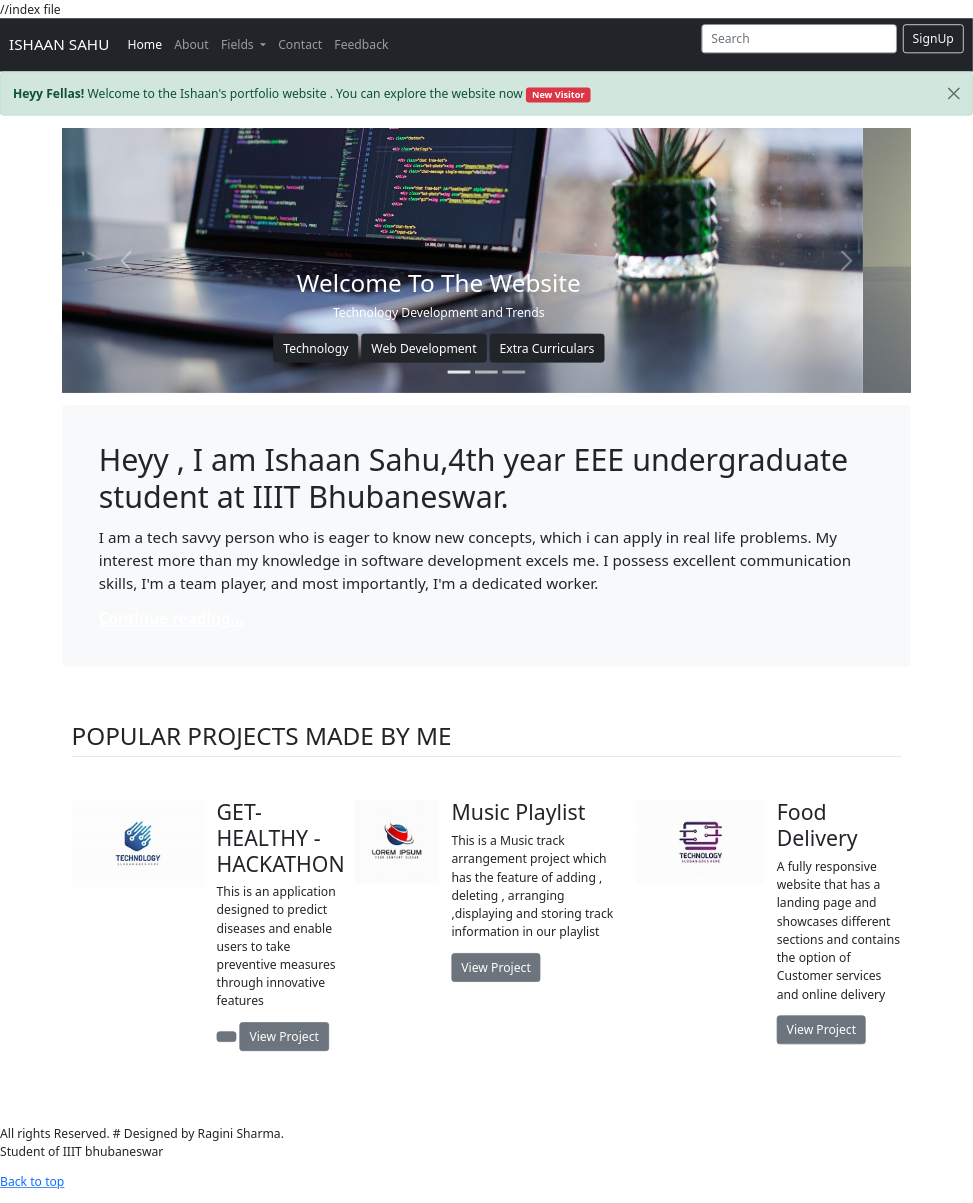
Repository: ishaan51551/Ishaan-s-Portfolio-
Page: index.html
An editor plug-in stored every save of this project. The page is shown before and after the next save, followed by the edit.
The browser window is 1280 px wide. The pictures show the whole page, at 76% of full size.

Above is the page before, as saved 2023-09-13 01:30:11.

### index.html
//index file

</body>

</html>

<!doctype html>
<html lang="en">

<head>
  <!-- Required meta tags -->
  <meta charset="utf-8">
  <meta name="viewport" content="width=device-width, initial-scale=1">

  <!-- Bootstrap CSS -->
  <link href="https://cdn.jsdelivr.net/npm/bootstrap@5.1.1/dist/css/bootstrap.min.css" rel="stylesheet"
    integrity="sha384-F3w7mX95PdgyTmZZMECAngseQB83DfGTowi0iMjiWaeVhAn4FJkqJByhZMI3AhiU" crossorigin="anonymous">

  <title>Ishaan Sahu Portfolio</title>
</head>

<body>
  <!-- FOR NAVBAR -->
  <nav class="navbar navbar-expand-lg navbar-dark bg-dark">
    <div class="container-fluid">
      <a class="navbar-brand" href="#">ISHAAN SAHU </a>
      <button class="navbar-toggler" type="button" data-bs-toggle="collapse" data-bs-target="#navbarSupportedContent"
        aria-controls="navbarSupportedContent" aria-expanded="false" aria-label="Toggle navigation">
        <span class="navbar-toggler-icon"></span>
      </button>
      <div class="collapse navbar-collapse" id="navbarSupportedContent">
        <ul class="navbar-nav me-auto mb-2 mb-lg-0">
          <li class="nav-item">
            <a class="nav-link active" aria-current="page" href="#">Home</a>
          </li>
          <li class="nav-item">
            <a class="nav-link" href="/about.html">About</a>
          </li>
          <li class="nav-item dropdown">
            <a class="nav-link dropdown-toggle" href="#" id="navbarDropdown" role="button" data-bs-toggle="dropdown"
              aria-expanded="false">
              Fields
            </a>
            <ul class="dropdown-menu" aria-labelledby="navbarDropdown">
              <li><a class="dropdown-item" href="programming.html">Programming</a></li>
              <li><a class="dropdown-item" href="webdev.html">Web Devlopment</a></li>
              <li>
                <hr class="dropdown-divider">
              </li>
              <li><a class="dropdown-item" href="extracurricular.html">Extra Curricular</a></li>
            </ul>
          </li>
          <li class="nav-item">
            <a class="nav-link " aria-current="page" href="contact.html">Contact</a>
          </li>

          <li class="nav-item">
            <a class="nav-link" href="feedback.html">Feedback</a>

          </li>

        </ul>
        <form class="d-flex">
          <input class="form-control me-2" type="search" placeholder="Search" aria-label="Search">
          <button class="btn btn-outline-light" type="submit" data-bs-toggle="modal"
            data-bs-target="#SignUpModal">SignUp</button>


        </form>
      </div>
    </div>
  </nav>





  <!-- Optional JavaScript; choose one of the two! -->

  <!-- Option 1: Bootstrap Bundle with Popper -->
  <script src="https://cdn.jsdelivr.net/npm/bootstrap@5.1.1/dist/js/bootstrap.bundle.min.js"
    integrity="sha384-/bQdsTh/da6pkI1MST/rWKFNjaCP5gBSY4sEBT38Q/9RBh9AH40zEOg7Hlq2THRZ"
    crossorigin="anonymous"></script>

  <!-- Option 2: Separate Popper and Bootstrap JS -->
  <!--
    <script src="https://cdn.jsdelivr.net/npm/@popperjs/core@2.9.3/dist/umd/popper.min.js" integrity="sha384-W8fXfP3gkOKtndU4JGtKDvXbO53Wy8SZCQHczT5FMiiqmQfUpWbYdTil/SxwZgAN" crossorigin="anonymous"></script>
    <script src="https://cdn.jsdelivr.net/npm/bootstrap@5.1.1/dist/js/bootstrap.min.js" integrity="sha384-skAcpIdS7UcVUC05LJ9Dxay8AXcDYfBJqt1CJ85S/CFujBsIzCIv+l9liuYLaMQ/" crossorigin="anonymous"></script>
    -->


  <!-- Button trigger modal -->
  <!-- <button type="button" class="btn btn-primary" data-bs-toggle="modal" data-bs-target="#signUp Modal">
    Launch demo modal
  </button>  -->





  <!-- FOR DISMISSING ALERT  -->
  <div class="alert alert-success alert-dismissible fade show" role="alert">
    <strong>Heyy Fellas!</strong> Welcome to the Ishaan's portfolio website . You can explore the website now
    <!--for including badge--><span class="badge bg-danger">New Visitor</span>
    <button type="button" class="btn-close" data-bs-dismiss="alert" aria-label="Close"></button>
  </div>


  <!-- FOR BACKGROUND SLIDER PICTURE -->
  <div class="container my-2">
    <div id="carouselExampleCaptions" class="carousel slide carousal-fade" data-bs-ride="carousel">
      <div class="carousel-indicators">
        <button type="button" data-bs-target="#carouselExampleCaptions" data-bs-slide-to="0" class="active"
          aria-current="true" aria-label="Slide 1"></button>
        <button type="button" data-bs-target="#carouselExampleCaptions" data-bs-slide-to="1"
          aria-label="Slide 2"></button>
        <button type="button" data-bs-target="#carouselExampleCaptions" data-bs-slide-to="2"
          aria-label="Slide 3"></button>
      </div>
      <div class="carousel-inner">
        <div class="carousel-item active">
          <img src="2.jpg" class="d-block w-100" alt="...">
          <div class="carousel-caption d-none d-md-block">
            <h2>Welcome To The Website</h2>
            <p>Technology Development and Trends</p>
            <button class="btn btn-dark">Technology</button>
            <button class="btn btn-dark">Web Development</button>
            <button class="btn btn-dark">Extra Curriculars</button>
          </div>
        </div>
        <div class="carousel-item">
          <img src="1.jpg" class="d-block w-100" alt="...">
          <div class="carousel-caption d-none d-md-block">
            <h2>Explore More On The Website</h2>
            <p>Technology Development and Trends</p>
            <button class="btn btn-dark">Programming</button>
            <button class="btn btn-dark">Web Development</button>
            <button class="btn btn-dark">Extra Curriculars</button>
          </div>
        </div>
        <div class="carousel-item">
          <img src="3.jpg" class="d-block w-100" alt="...">
          <div class="carousel-caption d-none d-md-block">
            <h2>Know More About Ishaan</h2>
            <p>Technology Development and Trends</p>
            <button class="btn btn-dark">Technology</button>
            <button class="btn btn-dark">Web Development</button>
            <button class="btn btn-dark">Extra Curriculars</button>
          </div>
        </div>
      </div>
      <button class="carousel-control-prev" type="button" data-bs-target="#carouselExampleCaptions"
        data-bs-slide="prev">
        <span class="carousel-control-prev-icon" aria-hidden="true"></span>
        <span class="visually-hidden">Previous</span>
      </button>
      <button class="carousel-control-next" type="button" data-bs-target="#carouselExampleCaptions"
        data-bs-slide="next">
        <span class="carousel-control-next-icon" aria-hidden="true"></span>
        <span class="visually-hidden">Next</span>
      </button>
    </div>
  </div>


  <!-- TEXT WRITTEN -->
  <div class="container my-3 ml-auto mr-auto mx-auto">
    <div class="p-4 p-md-5 mb-4 text-dark rounded bg-light">
      <div class="col-md-0 px-0">
        <h1 class="display-8 ">Heyy , I am Ishaan Sahu,4th year EEE undergraduate student at IIIT Bhubaneswar.</h1>
        <p class="lead my-3">I am a tech savvy person who is eager to
          know new concepts, which i can apply in
          real life problems. My interest more than
          my knowledge in software development
          excels me. I possess excellent communication skills, I'm a team player, and most importantly, I'm a dedicated
          worker.</p>
        <p class="lead mb-0"><a href="#" class="text-white fw-bold">Continue reading...</a></p>
      </div>
    </div>
  </div>



  <!-- PROJECTS -->

  <div class="container px-4 py-5" id="hanging-icons">
    <h2 class="pb-2 border-bottom"> POPULAR PROJECTS MADE BY ME </h2>
    <div class="row g-4 py-5 row-cols-1 row-cols-lg-3">
      <div class="col d-flex align-items-start">
        <div class="icon-square bg-light text-dark flex-shrink-0 me-3">
          <img src="bg1.jfif" href="#">

        </div>
        <div>
          <h3>GET-HEALTHY - HACKATHON </h3>
          <p>This is an application designed to predict diseases and enable users to take preventive measures through innovative features</p>
          <a href="https://github.com/ishaan51551/Get-Healthy.git" class="btn btn-secondary">
            </a>
          <a href="https://github.com/ishaan51551/Get-Healthy.git" class="btn btn-secondary">

            View Project
          </a>
        </div>
      </div>
      <div class="col d-flex align-items-start">
        <div class="icon-square bg-light text-dark flex-shrink-0 me-3">
          <img src="bg3.jfif" href="#">
        </div>
        <div>
          <h3>Music Playlist</h3>
          <p>This is a Music track arrangement project which has the feature of adding , deleting , arranging
            ,displaying and storing track information in our playlist</p>
          <a href="https://github.com/Ragini-sharma21/Music-Track-Arrangement-Project" class="btn btn-secondary">
            View Project
          </a>
        </div>
      </div>
      <div class="col d-flex align-items-start">
        <div class="icon-square bg-light text-dark flex-shrink-0 me-3">
          <img src="bg4.jfif" href="#">
        </div>
        <div>
          <h3>Food Delivery</h3>
          <p>A fully responsive website that has a landing page and showcases different sections and contains the option
            of Customer services and online delivery </p>
          <a href="https://ragini-sharma21.github.io/online-food-delivery-website/" class="btn btn-secondary">
            View Project
          </a>
        </div>
      </div>
    </div>
  </div>
  </div>

  <!-- FOOTER -->
  <footer class="blog-footer">
    <p>All rights Reserved. # Designed by Ragini Sharma.</br>
      Student of IIIT bhubaneswar</p>
    <p>
      <a href="#">Back to top</a>
    </p>
  </footer>
</body>

</html>

After the next save:
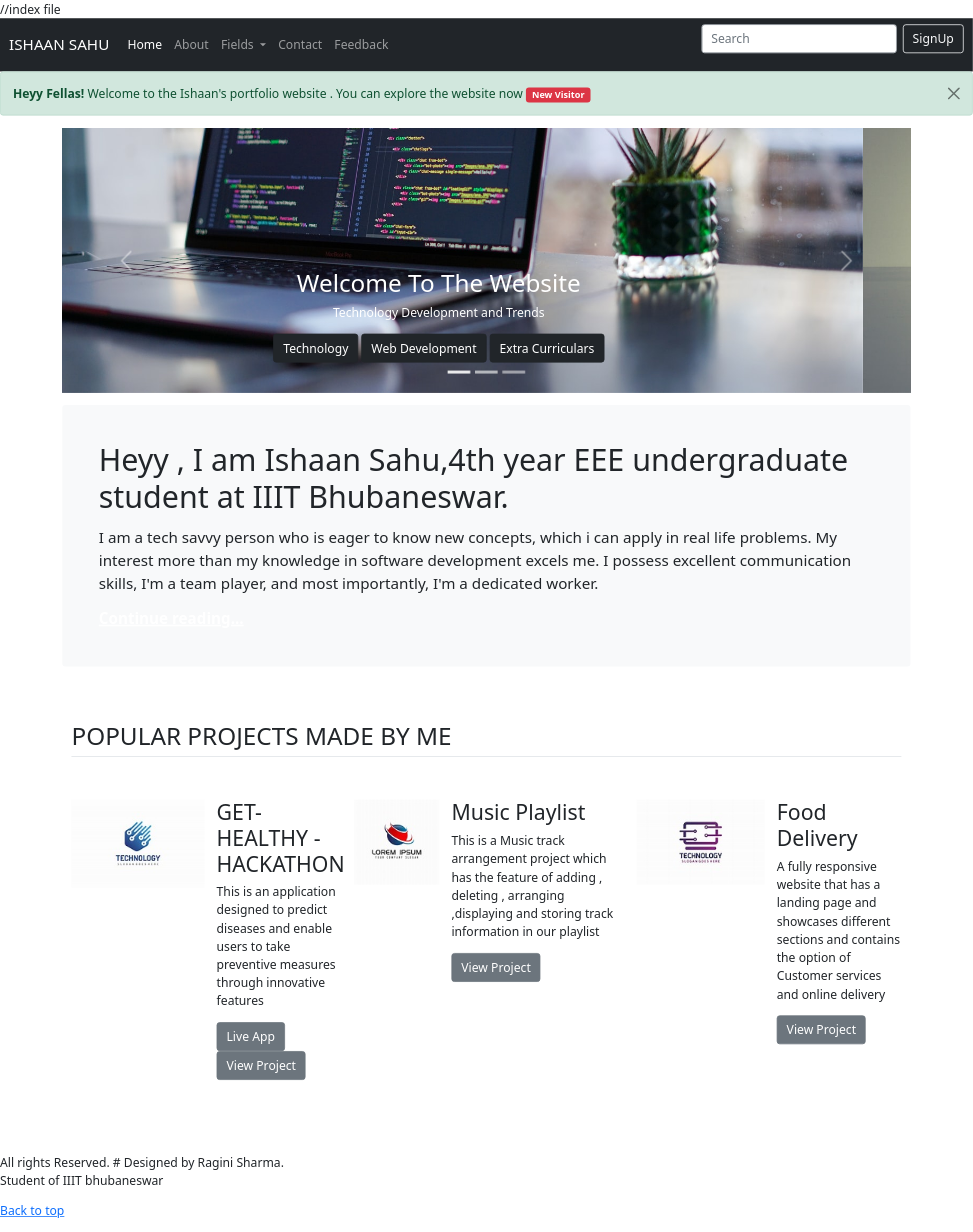
Saved 6 s later.
--- a/index.html
+++ b/index.html
@@ -195,6 +195,7 @@
           <h3>GET-HEALTHY - HACKATHON </h3>
           <p>This is an application designed to predict diseases and enable users to take preventive measures through innovative features</p>
           <a href="https://github.com/ishaan51551/Get-Healthy.git" class="btn btn-secondary">
+            Live App
             </a>
           <a href="https://github.com/ishaan51551/Get-Healthy.git" class="btn btn-secondary">
 
